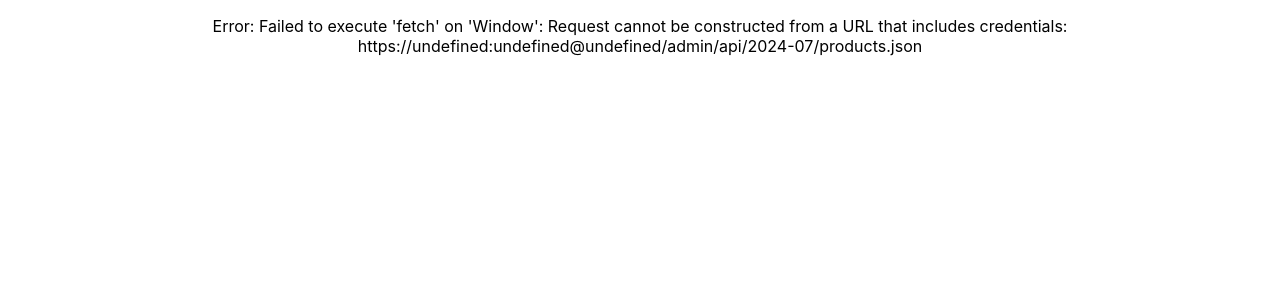
Repository: mitesh-avid-brio/Shopify-React-App
Page: /
An editor plug-in stored every save of this project. The page is shown before and after the next save, followed by the edit.
The browser window is 1280 px wide. The pictures show the whole page.
The project was rebuilt for these pictures with package versions that can differ from the ones it lists, and the page was loaded fresh each time.

Above is the page before, as saved 2024-08-12 10:52:27.

After the next save:
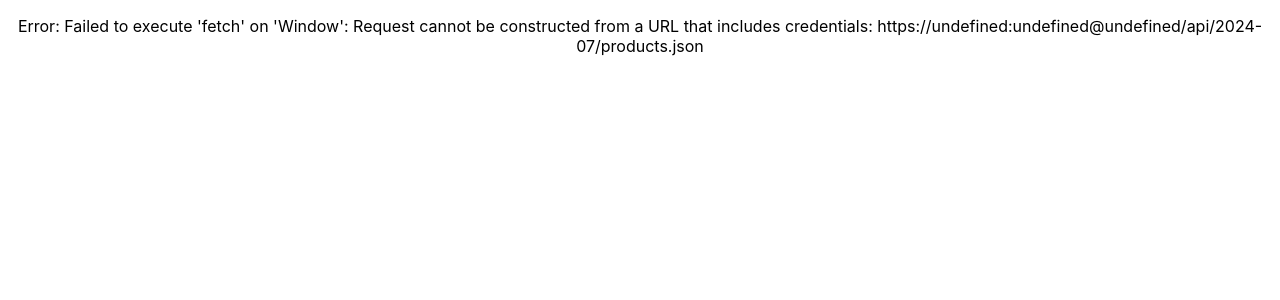
Saved 2 min 44 s later.
--- a/src/Components/Inventory.js
+++ b/src/Components/Inventory.js
@@ -7,7 +7,7 @@
     const [error, setError] = useState(null);
 
     useEffect(() => {
-        fetch(`https://${process.env.API_KEY}:${process.env.Access_Token}@${process.env.URL}/admin/api/2024-07/products.json`,{
+        fetch(`https://${process.env.API_KEY}:${process.env.Access_Token}@${process.env.URL}/api/2024-07/products.json`,{
             method: "GET",
             headers:{
                 "X-Shopify-Access-Token": "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",
